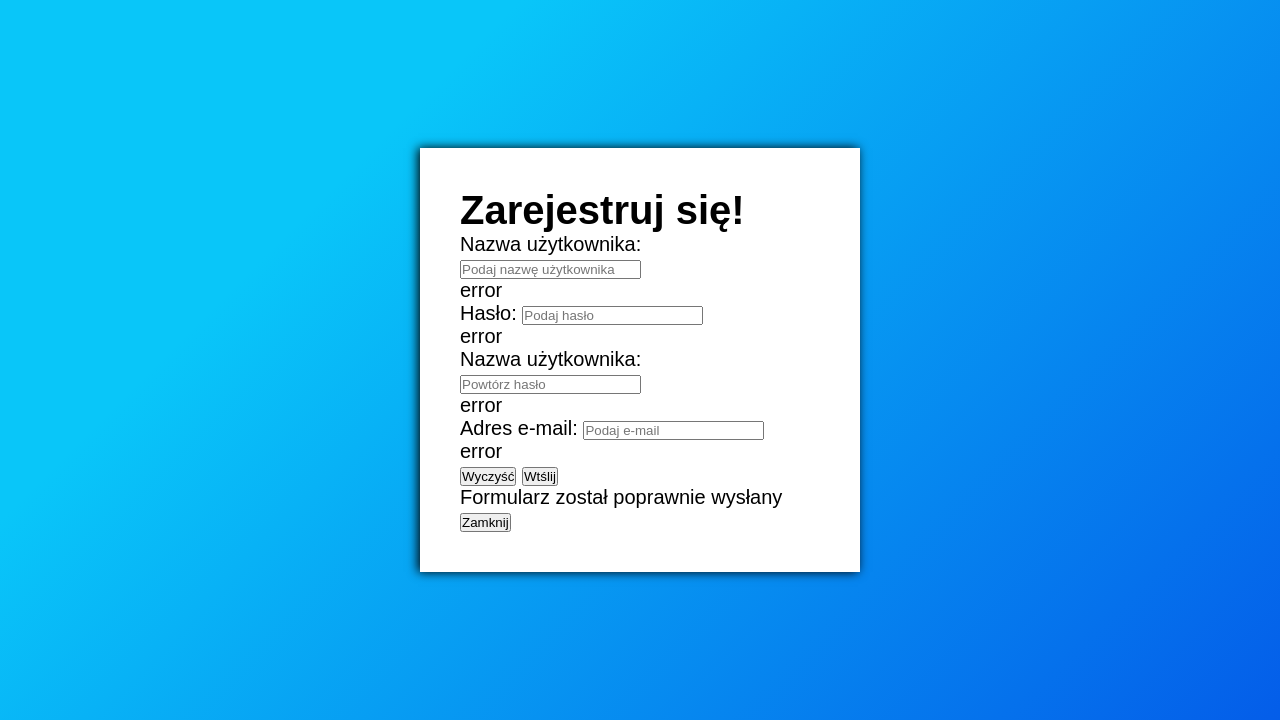
Repository: KrzysKolo/Projekt-3_Formularz-rejestracyjny
Page: index.html
An editor plug-in stored every save of this project. The page is shown before and after the next save, followed by the edit.
The browser window is 1280 px wide. The pictures show the whole page.
Some web fonts or font styles are not loaded; a fallback is used.

Above is the page before, as saved 2020-07-04 02:02:47.

After the next save:
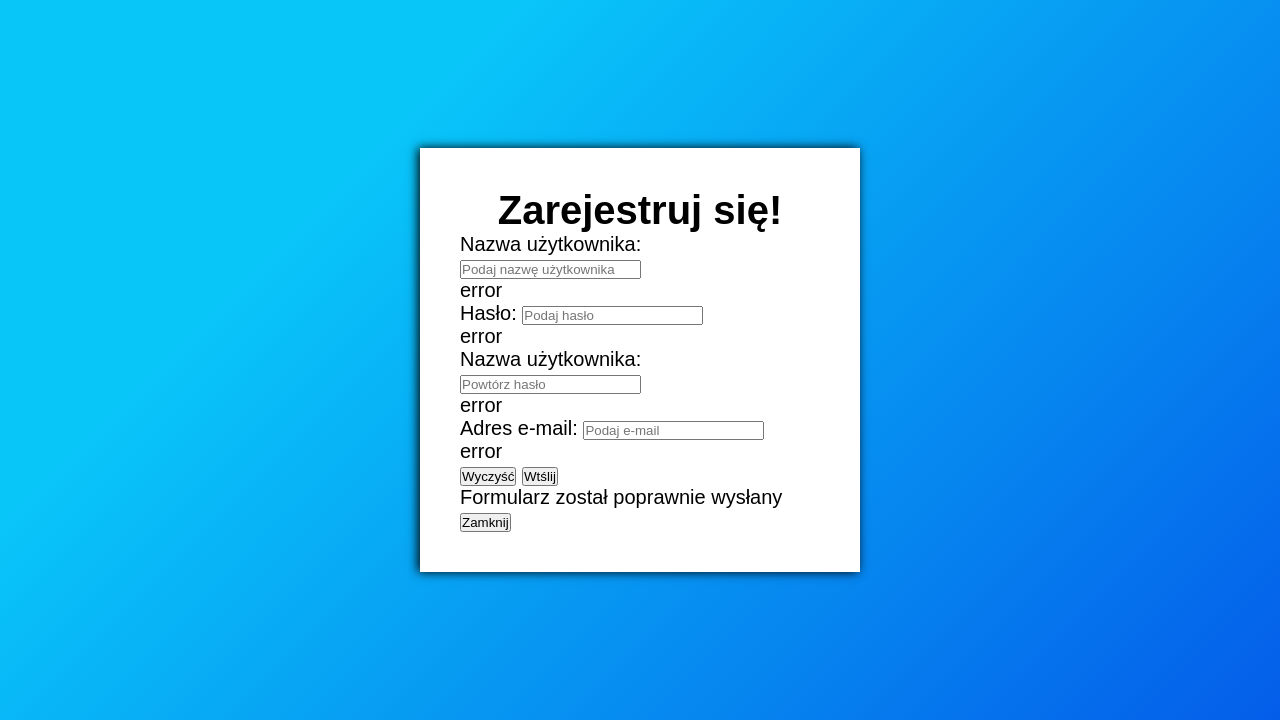
Saved 32 s later.
--- a/css/style.css
+++ b/css/style.css
@@ -20,3 +20,7 @@ body {
   padding: 40px;
   font-size: 20px;
 }
+h1 {
+  text-align: 30px;
+  text-align: center;
+}
